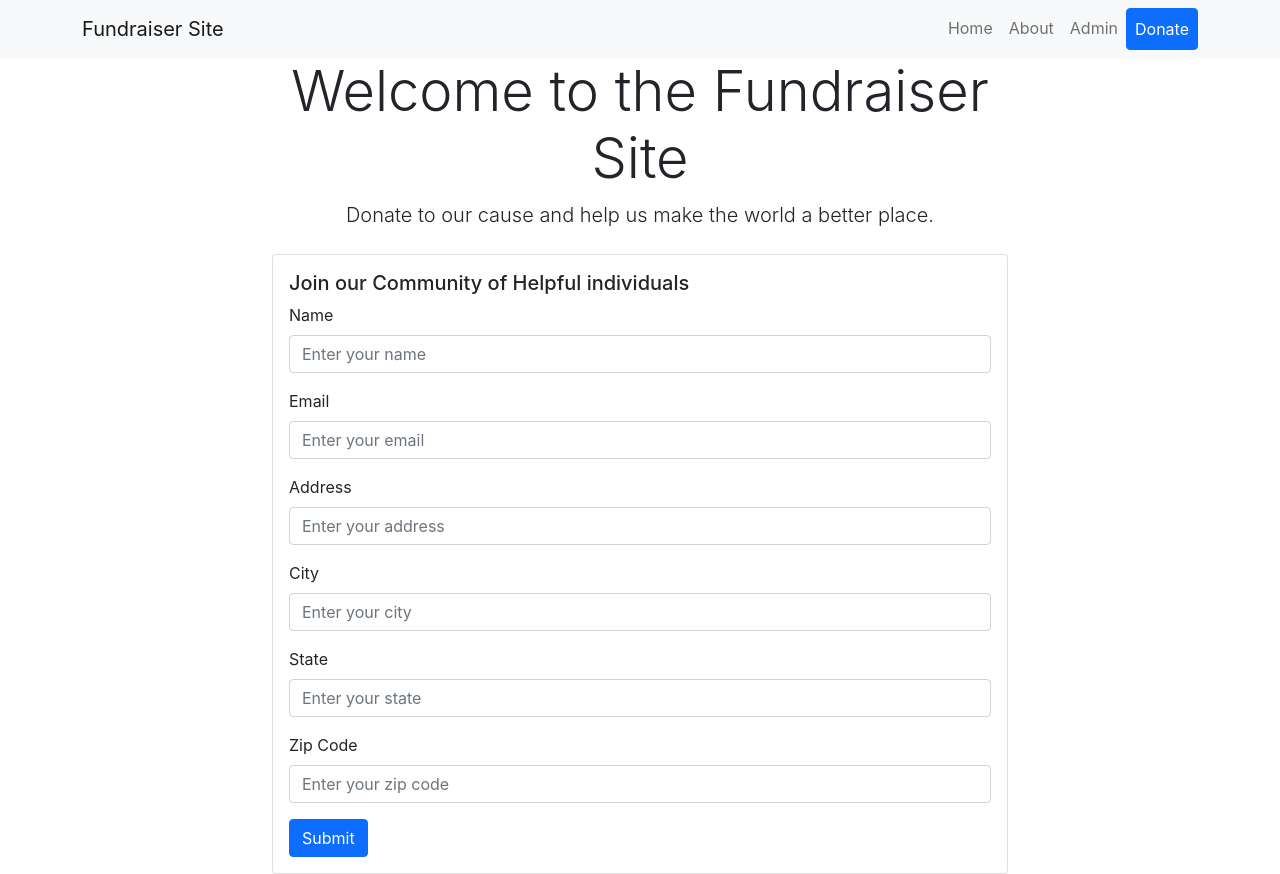
Repository: DragonFruit8/Fundraiser-Page
Page: /
The author's editor kept a copy of each file at every save. The page is drawn from the files as they stood at one save, then again after the next save.
The browser window is 1280 px wide. The pictures show the whole page.
The project was rebuilt for these pictures with package versions that can differ from the ones it lists, and the page was loaded fresh each time. Also part of the build but not shown: src/pages/About.js, src/pages/Donate.js, src/pages/Admin.js.

Above is the page before, as saved 2024-07-19 12:42:18.

After the next save:
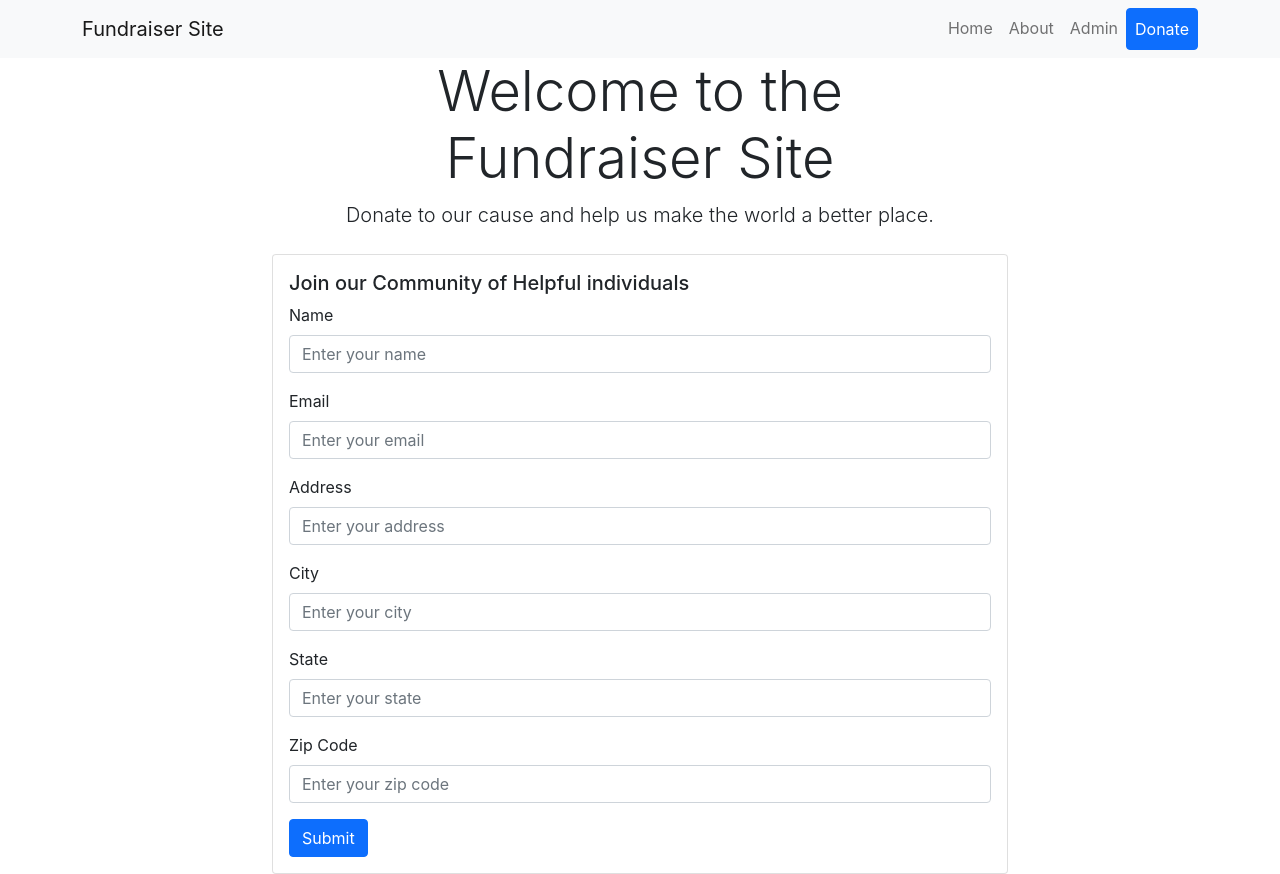
Saved 6 s later.
--- a/src/pages/Home.js
+++ b/src/pages/Home.js
@@ -34,7 +34,7 @@ const Home = () => {
         <section className="container">
             <div className="row justify-content-center">
                 <div className="col-md-8">
-                    <div className="text-center container=">
+                    <div className="text-center container-xl">
                         <h1 className="display-4">Welcome to the Fundraiser Site</h1>
                         <p className="lead">Donate to our cause and help us make the world a better place.</p>
                     </div>
